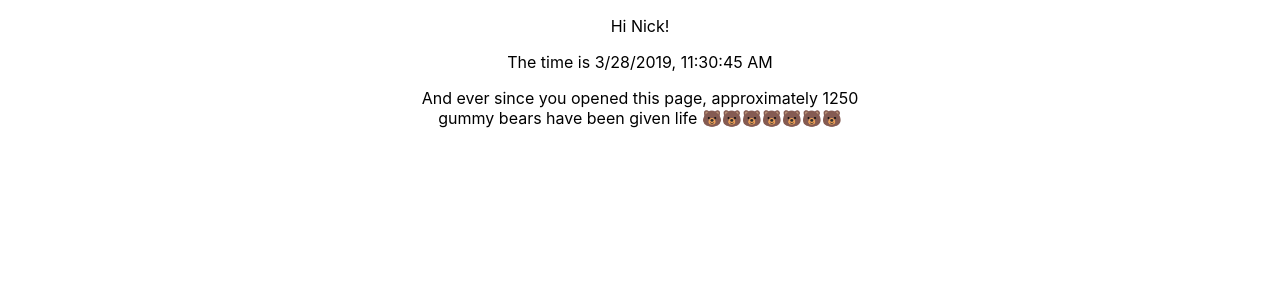
Repository: crispinonicky/gummy-facts
Page: /
The author's editor kept a copy of each file at every save. The page is drawn from the files as they stood at one save, then again after the next save.
The browser window is 1280 px wide. The pictures show the whole page.
The project was rebuilt for these pictures with package versions that can differ from the ones it lists, and the page was loaded fresh each time.

Above is the page before, as saved 2019-03-28 14:02:40.

After the next save:
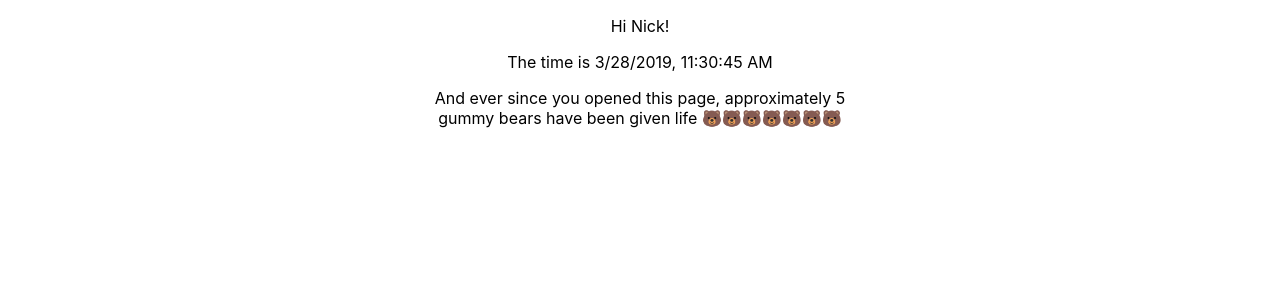
Saved 17 s later.
--- a/src/components/Gummies.js
+++ b/src/components/Gummies.js
@@ -114,7 +114,7 @@ class Gummies extends React.Component {
   }
 
   componentDidMount() {
-    this.interval = setInterval(() => this.tick(), 1);
+    this.interval = setInterval(() => this.tick(), 1000);
   }
 
   componentWillUnmount() {
